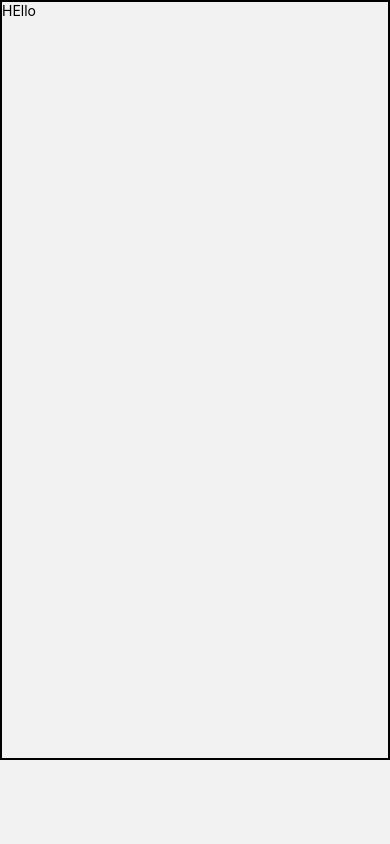
Repository: kgayathridevi/pregband
Screen: /
These files come from the project's save history. The screen is drawn as it stood at one moment and after the next save; the edit follows.
The app was drawn by React Native's web renderer in a window 390 px wide. The project was rebuilt for these pictures with package versions that can differ from the ones it lists, and the page was loaded fresh each time. Also part of the build but not shown: component/SignUpScreen.jsx, component/Home.jsx.

Above is the screen before, as saved 2023-04-28 13:03:59.

### App.js
import { NavigationContainer } from "@react-navigation/native";
import { createNativeStackNavigator } from "@react-navigation/native-stack";
import { StatusBar } from "expo-status-bar";
import { StyleSheet, Text, View } from "react-native";
import SignUpScreen from "./component/SignUpScreen";
import LogInScreen from "./component/LogInScreen";
import Home from "./component/Home";

const Stack = createNativeStackNavigator();
export default function App() {
  return (
    <NavigationContainer>
      <Stack.Navigator initialRouteName="Log">
        <Stack.Screen
          options={{ headerShown: false }}
          name="Log"
          component={LogInScreen}
        />
        <Stack.Screen name="Sign" component={SignUpScreen} />
        <Stack.Screen name="Home" component={Home} />
      </Stack.Navigator>
    </NavigationContainer>
  );
}

const styles = StyleSheet.create({
  // container: {
  //   flex: 1,
  //   backgroundColor: '#fff',
  //   alignItems: 'center',
  //   justifyContent: 'center',
  // },
});

### component/LogInScreen.jsx
import {
  Button,
  StyleSheet,
  Text,
  TextInput,
  TouchableOpacity,
  View,
} from "react-native";
import React from "react";
import { SafeAreaView } from "react-native-safe-area-context";

const LogInScreen = ({ navigation }) => {
  return (
    <SafeAreaView style={styles.container}>
      <Text>HEllo</Text>
      <View></View>
    </SafeAreaView>
  );
};

export default LogInScreen;

const styles = StyleSheet.create({
  container: {
    borderWidth: 2,
    height: "90%",
  },
});

After the next save:
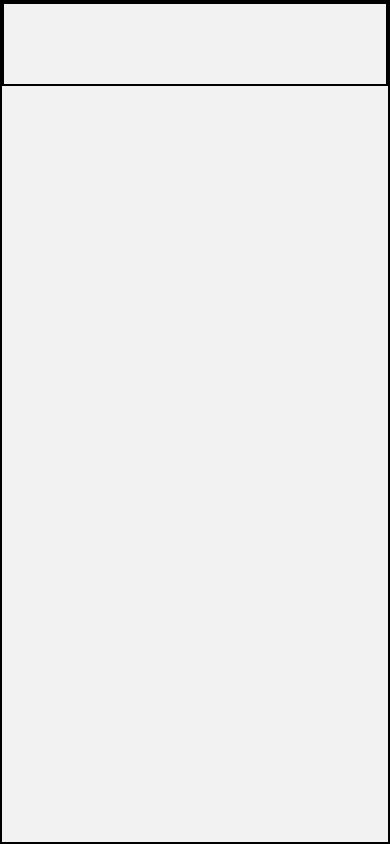
Saved 46 s later.
--- a/component/LogInScreen.jsx
+++ b/component/LogInScreen.jsx
@@ -12,7 +12,7 @@ import { SafeAreaView } from "react-native-safe-area-context";
 const LogInScreen = ({ navigation }) => {
   return (
     <SafeAreaView style={styles.container}>
-      <Text>HEllo</Text>
+      <View style={styles.headerContainer}></View>
       <View></View>
     </SafeAreaView>
   );
@@ -23,6 +23,10 @@ export default LogInScreen;
 const styles = StyleSheet.create({
   container: {
     borderWidth: 2,
-    height: "90%",
+    height: "100%",
+  },
+  headerContainer: {
+    borderWidth: 2,
+    height: "10%",
   },
 });
